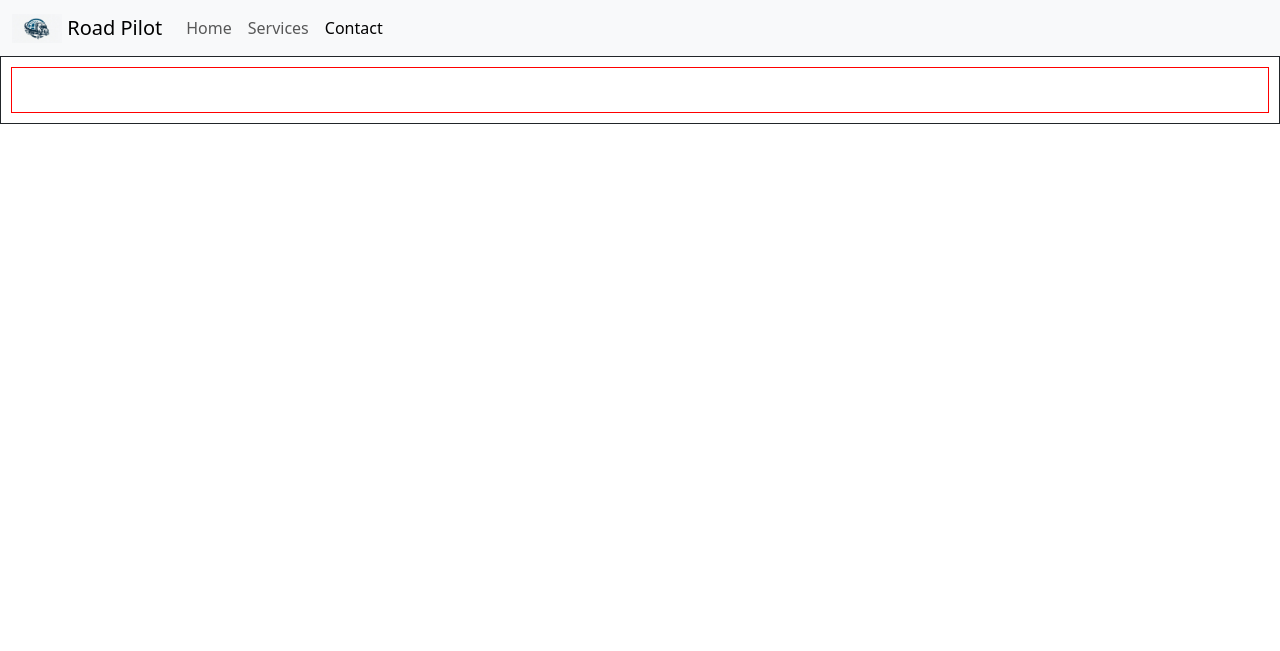
Repository: VictoriousMango/WebCreator
Page: pages/contact.html
The author's editor kept a copy of each file at every save. The page is drawn from the files as they stood at one save, then again after a run of saves.
The browser window is 1280 px wide. The pictures show the whole page.

Above is the page before, as saved 2024-11-09 12:35:45.

After the next 4 saves:
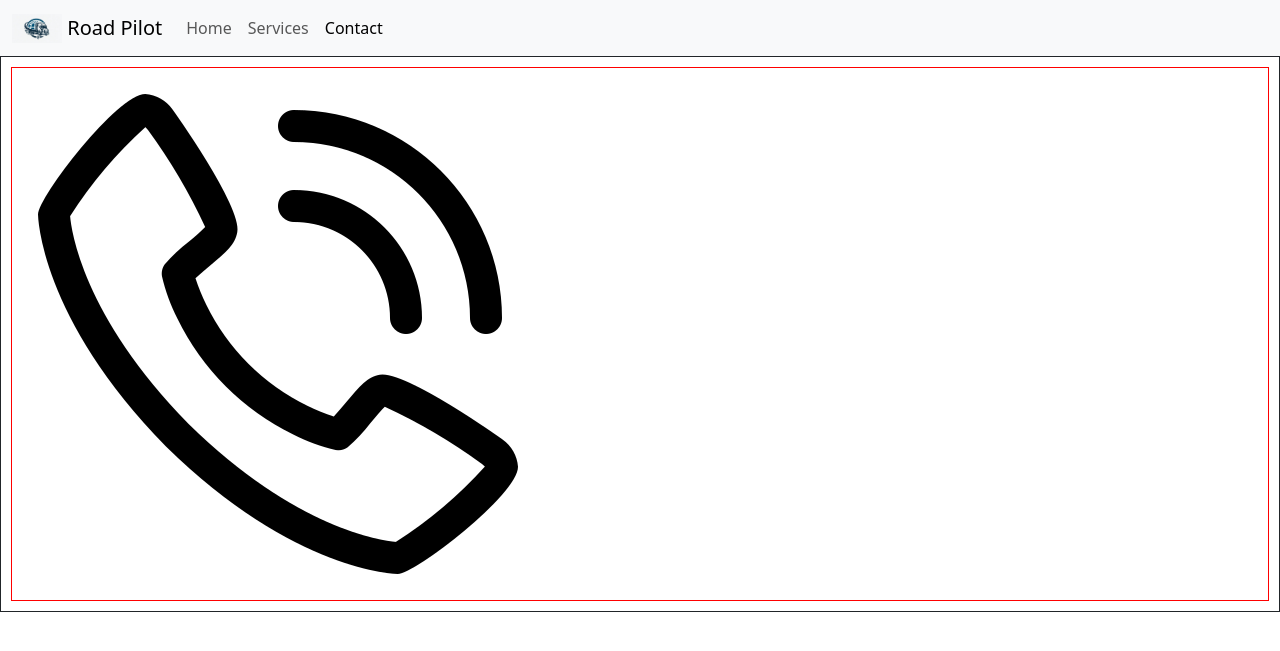
The 4 saves are shown as one change because they came seconds apart.
The last was saved 9 s later.
--- a/pages/contact.html
+++ b/pages/contact.html
@@ -44,7 +44,7 @@
         <!-- div for icons -->
          <div class="contact__links">
             <!-- phone number -->
-             <img src="" alt="">
+             <img src="../assets/images/contact__phone.png" alt="">
             <!-- Social Media Links -->
          </div>
     </div>
